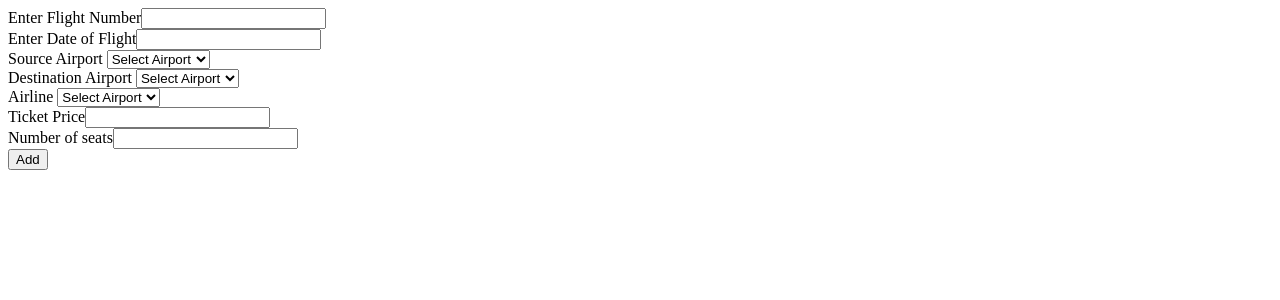
Repository: gotoharjeet/FlyAirline
Page: http://localhost/FlyAirline/addflight.jsp
The author's editor kept a copy of each file at every save. The page is drawn from the files as they stood at one save, then again after the next save.
The browser window is 1280 px wide. The pictures show the whole page.
The page is served by Tomcat 9. Queries for data that is not in the repository find no rows.

Above is the page before, as saved 2022-08-15 10:57:53.

After the next save:
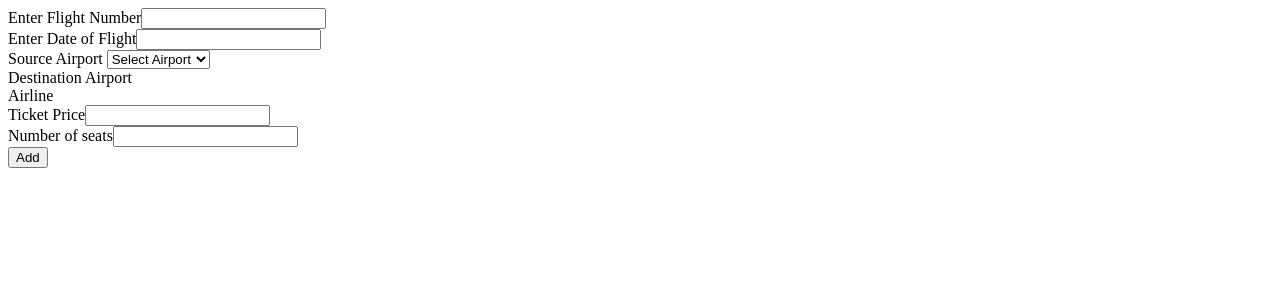
Saved 2 min 50 s later.
--- a/FlyAirline/src/main/webapp/addflight.jsp
+++ b/FlyAirline/src/main/webapp/addflight.jsp
@@ -44,63 +44,11 @@
     <br/>
 
     <label>Destination Airport</label>
-    <select name="airportCode">
-   	 	<option value="-1">Select Airport</option>
-   	 	<%
-   	 		try
-   	 		{
-   	 			  String query="select * from arr_airport";
-   	 			  Connection connection=null;
-   				  Class.forName("com.mysql.cj.jdbc.Driver");
-   				  connection=DriverManager.getConnection("jdbc:mysql://localhost:3306/mytrgdb",
-   							"root",
-   							"root");
-   				  Statement statement = connection.createStatement();
-   				  ResultSet rs=statement.executeQuery(query);
 
-   				  while(rs.next())
-   				  {
-   					  %>
-   					     <option value="<%=rs.getInt("airportCode")%>"><%=rs.getString("airport_name")%></option>
-   					  <%
-   				  }
-   	 		}
-   	 		catch(ClassNotFoundException |SQLException ex)
-   	 		{
-   	 			ex.printStackTrace();
-   	 		}
-   	 	%>
-   	</select>
    	<br/>
 
    	<label>Airline </label>
-    <select name="airlineId">
-   	 	<option value="-1">Select Airport</option>
-   	 	<%
-   	 		try
-   	 		{
-   	 			  String query="select * from airline";
-   	 			  Connection connection=null;
-   				  Class.forName("com.mysql.cj.jdbc.Driver");
-   				  connection=DriverManager.getConnection("jdbc:mysql://localhost:3306/mytrgdb",
-   							"root",
-   							"root");
-   				  Statement statement = connection.createStatement();
-   				  ResultSet rs=statement.executeQuery(query);
 
-   				  while(rs.next())
-   				  {
-   					  %>
-   					     <option value="<%=rs.getString("airline_code")%>"><%=rs.getString("airline_name")%></option>
-   					  <%
-   				  }
-   	 		}
-   	 		catch(ClassNotFoundException |SQLException ex)
-   	 		{
-   	 			ex.printStackTrace();
-   	 		}
-   	 	%>
-   	</select>
    	<br/>
 
    Ticket Price<input type="text" name="ticketPrice"><br/>
